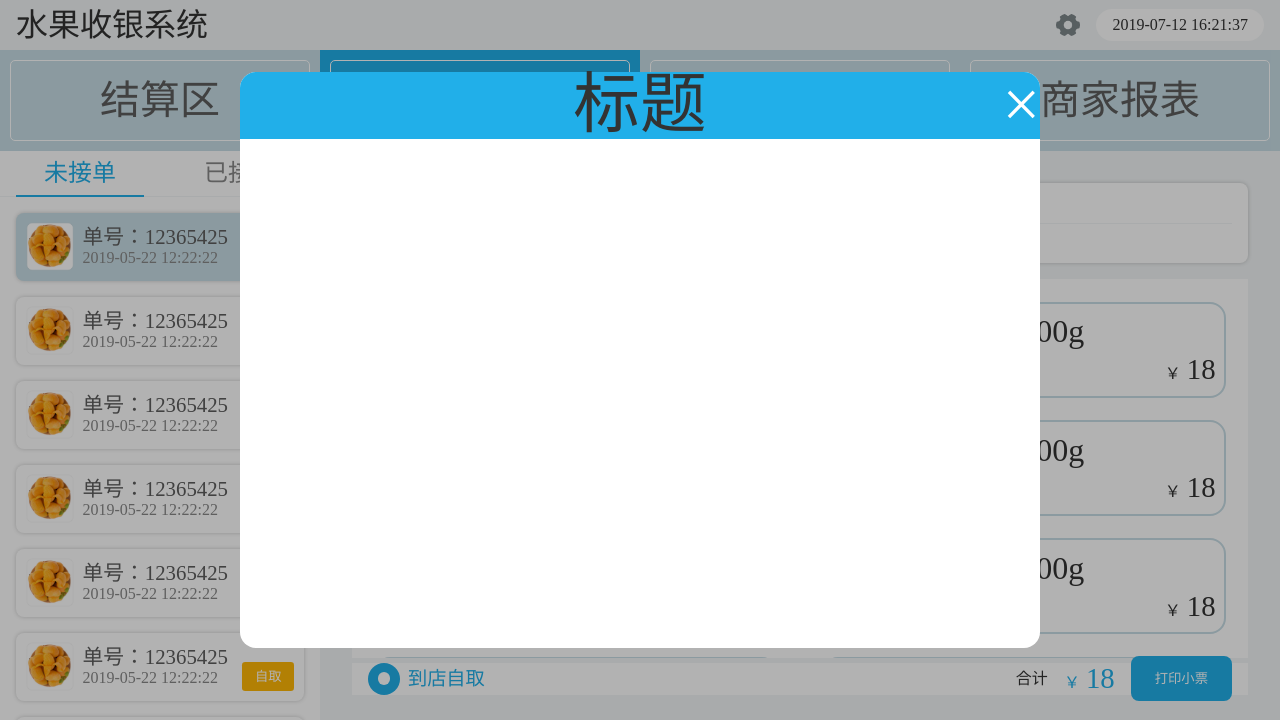
Repository: missing-star/fruit
Page: index.html
These files come from the project's save history. The page is drawn as it stood at one moment and after the next save; the edit follows.
The browser window is 1280 px wide. The pictures show the whole page.
An inner scrolling area shows only its first screen.

Above is the page before, as saved 2019-07-15 09:46:11.

After the next save:
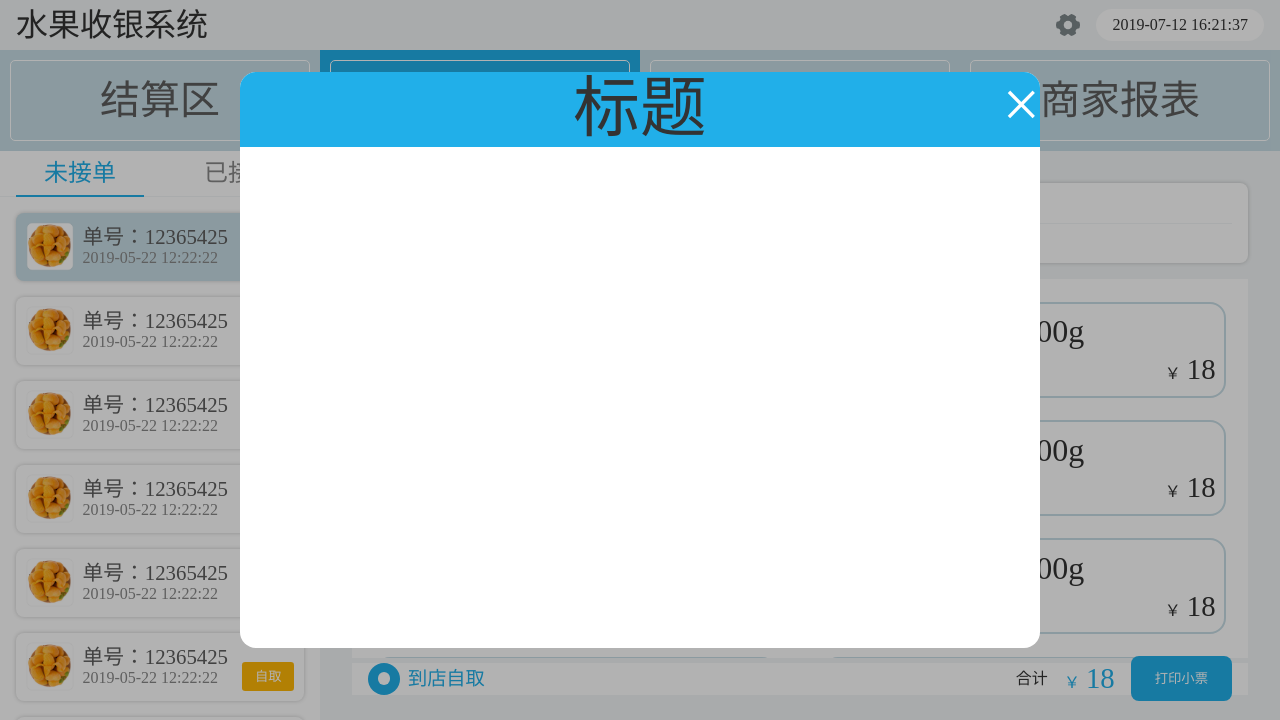
Saved 45 s later.
--- a/css/index.css
+++ b/css/index.css
@@ -685,6 +685,8 @@ div.dialog-mask{
     display: flex;
     align-items: center;
     justify-content: center;
+    height: 13%;
+    position: relative;
 }
 span.dialog-close {
     position: absolute;
